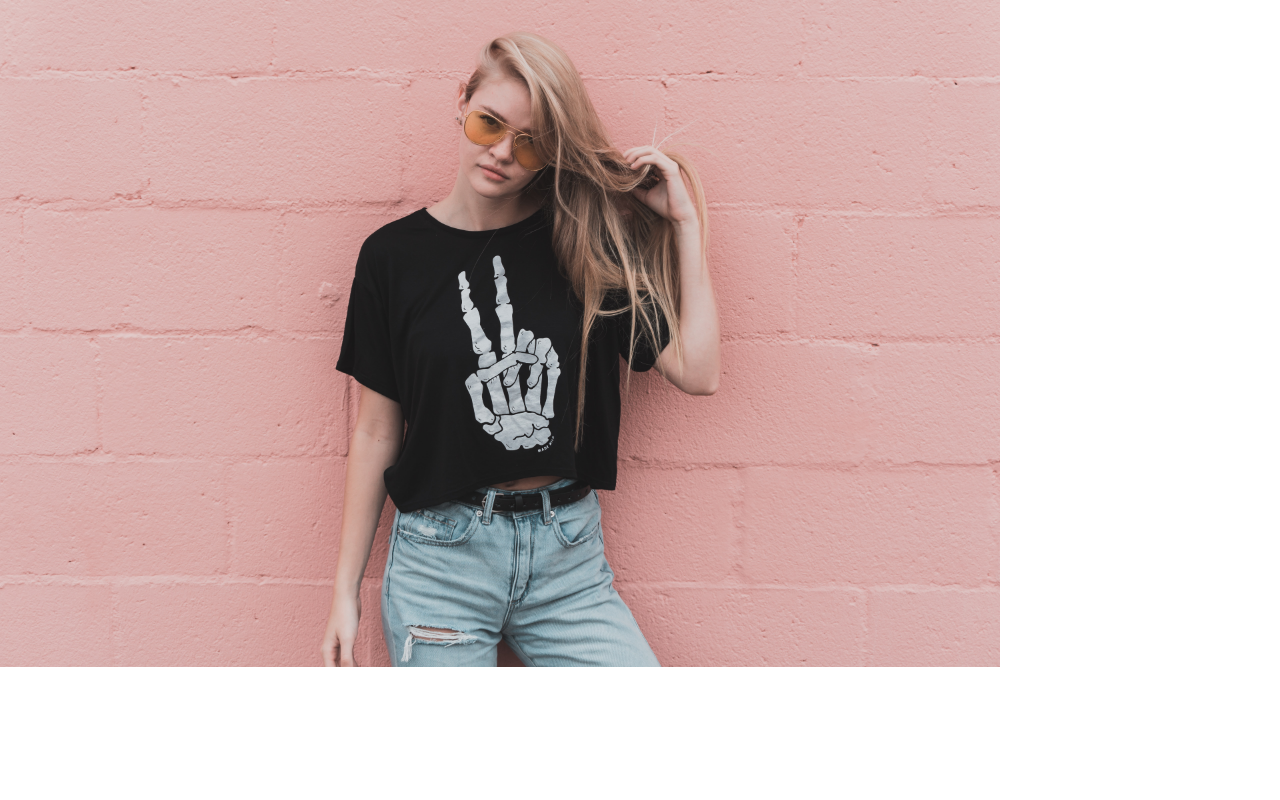
Repository: LeHieuSP/Baitapthukinh_LTH_FE70
Page: /
These files come from the project's save history. The page is drawn as it stood at one moment and after the next save; the edit follows.
The browser window is 1280 px wide. The pictures show the whole page.
The project was rebuilt for these pictures with package versions that can differ from the ones it lists, and the page was loaded fresh each time. Also part of the build but not shown: src/index.css, src/App.css, src/redux/actions/BaiTapDatVeAction.js, src/BaiTapRedux/BaiTapBookingTicket/ThongTinDatGhe.js, src/BaiTapRedux/BaiTapBookingTicket/HangGhe.js, src/BaiTapRedux/BaiTapBookingTicket/BaiTapBookingTicket.js.

Above is the page before, as saved 2022-03-09 16:23:22.

### public/index.html
<!DOCTYPE html>
<html lang="en">
  <head>
    <meta charset="utf-8" />
    <link rel="icon" href="%PUBLIC_URL%/favicon.ico" />
    <meta name="viewport" content="width=device-width, initial-scale=1" />
    <meta name="theme-color" content="#000000" />
    <meta
      name="description"
      content="Web site created using create-react-app"
    />
    <link rel="apple-touch-icon" href="%PUBLIC_URL%/logo192.png" />
    <!--
      manifest.json provides metadata used when your web app is installed on a
      user's mobile device or desktop. See https://developers.google.com/web/fundamentals/web-app-manifest/
    -->
    <link rel="manifest" href="%PUBLIC_URL%/manifest.json" />
    <!--
      Notice the use of %PUBLIC_URL% in the tags above.
      It will be replaced with the URL of the `public` folder during the build.
      Only files inside the `public` folder can be referenced from the HTML.

      Unlike "/favicon.ico" or "favicon.ico", "%PUBLIC_URL%/favicon.ico" will
      work correctly both with client-side routing and a non-root public URL.
      Learn how to configure a non-root public URL by running `npm run build`.
    -->
    <link rel="stylesheet" href="https://stackpath.bootstrapcdn.com/bootstrap/4.3.1/css/bootstrap.min.css" integrity="sha384-ggOyR0iXCbMQv3Xipma34MD+dH/1fQ784/j6cY/iJTQUOhcWr7x9JvoRxT2MZw1T" crossorigin="anonymous">

    <title>React App</title>
  </head>
  <body>
    <noscript>You need to enable JavaScript to run this app.</noscript>
    <div id="root"></div>
    <!--
      This HTML file is a template.
      If you open it directly in the browser, you will see an empty page.

      You can add webfonts, meta tags, or analytics to this file.
      The build step will place the bundled scripts into the <body> tag.

      To begin the development, run `npm start` or `yarn start`.
      To create a production bundle, use `npm run build` or `yarn build`.
    -->
    <script src="https://code.jquery.com/jquery-3.3.1.slim.min.js" integrity="sha384-q8i/X+965DzO0rT7abK41JStQIAqVgRVzpbzo5smXKp4YfRvH+8abtTE1Pi6jizo" crossorigin="anonymous"></script>
    <script src="https://cdnjs.cloudflare.com/ajax/libs/popper.js/1.14.7/umd/popper.min.js" integrity="sha384-UO2eT0CpHqdSJQ6hJty5KVphtPhzWj9WO1clHTMGa3JDZwrnQq4sF86dIHNDz0W1" crossorigin="anonymous"></script>
    <script src="https://stackpath.bootstrapcdn.com/bootstrap/4.3.1/js/bootstrap.min.js" integrity="sha384-JjSmVgyd0p3pXB1rRibZUAYoIIy6OrQ6VrjIEaFf/nJGzIxFDsf4x0xIM+B07jRM" crossorigin="anonymous"></script>




  </body>
</html>

### src/index.js
import React from 'react';
import ReactDOM from 'react-dom';
import './index.css';
import App from './App';
import reportWebVitals from './reportWebVitals';

import {Provider} from 'react-redux';
import {createStore} from 'redux';
import {rootReducer} from './redux/reducer/rootReducer';

const store = createStore(rootReducer);

ReactDOM.render(
  <Provider store={store}>

    <App />

  </Provider>,
  document.getElementById('root')
);

// If you want to start measuring performance in your app, pass a function
// to log results (for example: reportWebVitals(console.log))
// or send to an analytics endpoint. Learn more: https://bit.ly/CRA-vitals
reportWebVitals();

### src/App.js

import { Component } from 'react';
import './App.css';
import BaiTapBookingTicket from './BaiTapRedux/BaiTapBookingTicket/BaiTapBookingTicket';
import BaiTapThuKinh from './BaiTapThuKinh/BaiTapThuKinh';

export default class App extends Component {
  render() {
    return (
      <div>
        {/* <BaiTapBookingTicket /> */}
        <BaiTapThuKinh />
      </div>
    )
  }
}

### src/redux/reducer/rootReducer.js
import { combineReducers } from "redux";

//import (combineReducers)
import BaiTapDatVeReducer from './BaiTapDatVeReducer';
export const rootReducer = combineReducers ({
     BaiTapDatVeReducer, // state bài tập đặt vé
})


//export default rootReducer ;

### src/BaiTapThuKinh/BaiTapThuKinh.js
import React, { Component } from 'react'

export default class BaiTapThuKinh extends Component {
  render() {
    return (
      <div style={{backgroundImage:'url(./glassesImage/bg.jpg)',
      backgroundRepeat:'no-repeat',backgroundSize:'1000px',height:'800px'}}>

      </div>
    )
  }
}

### src/redux/reducer/BaiTapDatVeReducer.js
import { DAT_GHE, HUY_GHE } from "../types/BaiTapDatVeType";

const stateDefault = {
  danhSachGheDangDat: [

  ],
};

const BaiTapDatVeReducer = (state = stateDefault, action) => {
  switch (action.type) {
    case DAT_GHE: {
      let danhSachGheDangDatUpdate = [...state.danhSachGheDangDat];
      let index = danhSachGheDangDatUpdate.findIndex(
        (gheDangDat) => gheDangDat.soGhe === action.ghe.soGhe
      );
      if (index !== -1) {//khi người dùng click ghế đang đặt đã có trong mảng => remove đi
        danhSachGheDangDatUpdate.splice(index, 1);
      } else {//khi người dùng click ghế đang đặt chưa có trong mảng => push vào
          danhSachGheDangDatUpdate.push(action.ghe)
      }
      // cập nhật lại state => giao diện render lại
      state.danhSachGheDangDat = danhSachGheDangDatUpdate;

      return { ...state };
    }
    case HUY_GHE : {
      let danhSachGheDangDatUpdate = [...state.danhSachGheDangDat];
      let index = danhSachGheDangDatUpdate.findIndex(
        (gheDangDat) => gheDangDat.soGhe === action.soGhe
      );
      if (index !== -1) {//khi người dùng click ghế đang đặt đã có trong mảng => remove đi
        danhSachGheDangDatUpdate.splice(index, 1);
      }
      state.danhSachGheDangDat = danhSachGheDangDatUpdate;
      return {...state};
    }
    default:
      return { ...state };
  }
};

export default BaiTapDatVeReducer;

### src/BaiTapRedux/BaiTapBookingTicket/BaiTapBookingTicket.css
@font-face {
  font-family: "fontGame";
  src: url("/src/./font/Pony.ttf");
}

.bookingMovie {
  font-family: "fontGame";
}

.ghe {
  border: 3px solid orange;
  width: 45px;
  height: 35px;
  font-size: 12px;
  margin-left: 2%;
  margin-bottom: 1%;
  border-radius: 5px;
}

.rowNumber {
  /* font-size: 25px; */
  width: 45px;
  height: 35px;
  background: none;
  border: none;
  margin-left: 2%;
  margin-bottom: 1%;
  font-size: 30px;
  color: yellow;
}
.firstChar {
  color: yellow;
  font-size: 35px;
  margin-right: 15px;
}

.screen {
  border-bottom: 50px solid rgb(255, 159, 95);
  border-left: 50px solid transparent;
  border-right: 50px solid transparent;
  height: 100;
  width: 80%;
  filter: drop-shadow(4px 30px 20px rgba(255, 255, 255, 0.5));
  font-size: 25px;
  color: #fff;
}

.gheDuocChon {
  border: 3px solid orange;

  background: orange;
  color: #000;

  cursor: no-drop !important;
  border-radius: 5px;
  width: 45px;
  height: 35px;
}

.gheDangChon {
  background: rgb(109, 238, 109);
  border: 3px solid rgb(109, 238, 109);
  color: #000;

  cursor: pointer;
  border-radius: 5px;
  width: 45px;
  height: 35px;
}

### src/redux/types/BaiTapDatVeType.js
export const DAT_GHE = 'DAT_GHE';
export const HUY_GHE = 'HUY_GHE';

Loaded but not shown: src/reportWebVitals.js (common file)

After the next save:
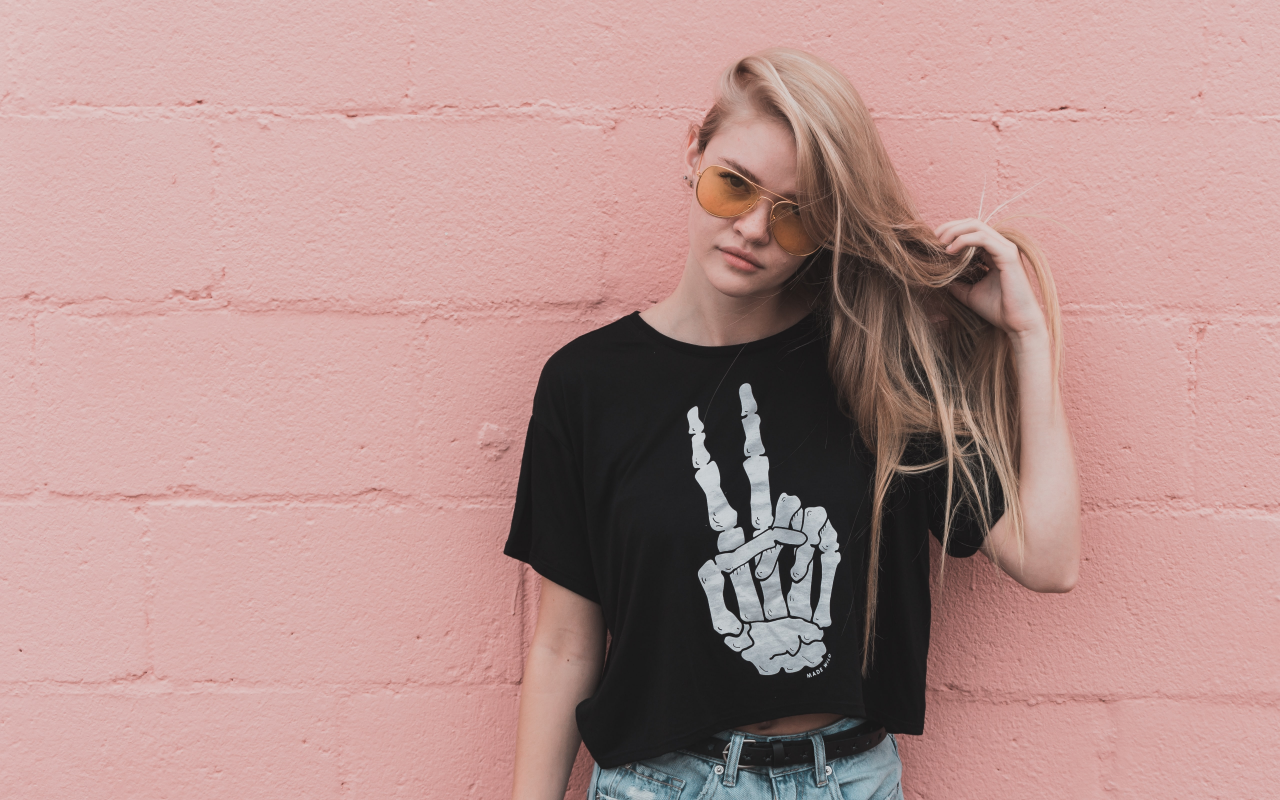
Saved 18 s later.
--- a/src/BaiTapThuKinh/BaiTapThuKinh.js
+++ b/src/BaiTapThuKinh/BaiTapThuKinh.js
@@ -4,7 +4,7 @@
   render() {
     return (
       <div style={{backgroundImage:'url(./glassesImage/bg.jpg)',
-      backgroundRepeat:'no-repeat',backgroundSize:'1000px',height:'800px'}}>
+      backgroundRepeat:'no-repeat',backgroundSize:'1500px',height:'800px'}}>
 
       </div>
     )
